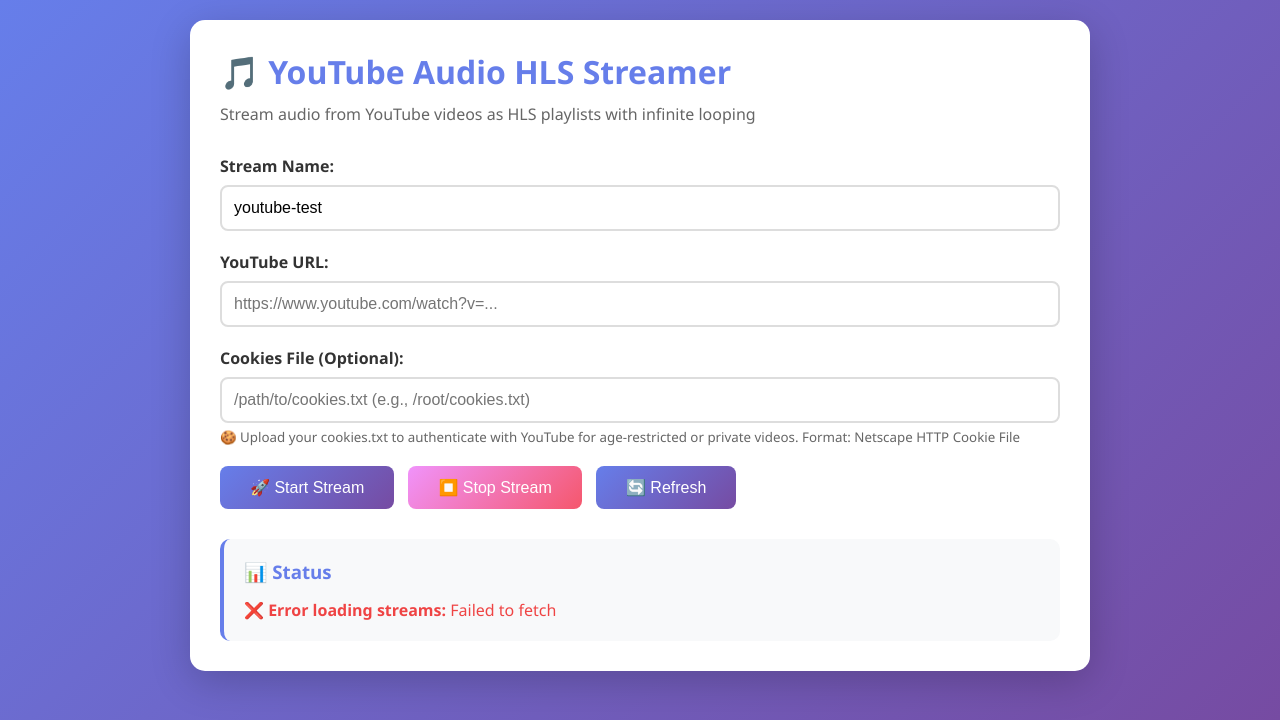
Repository: Anubis2001/quran-live-m3u8
Page: public/youtube-streamer.html
The author's editor kept a copy of each file at every save. The page is drawn from the files as they stood at one save, then again after a run of saves.
The browser window is 1280 px wide. The pictures show the whole page.
The page's requests for data from a server got no answer.

Above is the page before, as saved 2026-04-02 22:19:12.

After the next 2 saves:
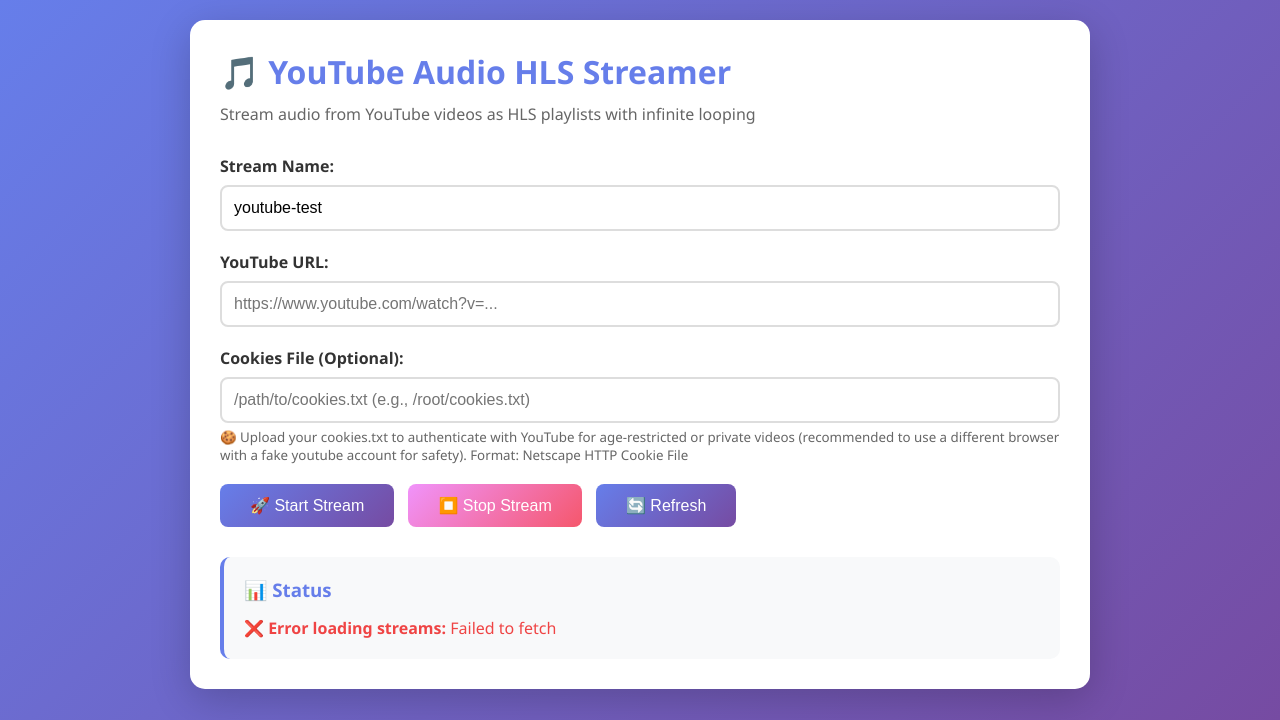
The 2 saves are shown as one change because they came seconds apart.
The last was saved 54 s later.
--- a/public/youtube-streamer.html
+++ b/public/youtube-streamer.html
@@ -168,7 +168,7 @@
             <label for="cookiesPath">Cookies File (Optional):</label>
             <input type="text" id="cookiesPath" placeholder="/path/to/cookies.txt (e.g., /root/cookies.txt)">
             <small style="color: #666; display: block; margin-top: 5px;">
-                🍪 Upload your cookies.txt to authenticate with YouTube for age-restricted or private videos.
+                🍪 Upload your cookies.txt to authenticate with YouTube for age-restricted or private videos (recommended to use a different browser with a fake youtube account for safety).
                 Format: Netscape HTTP Cookie File
             </small>
         </div>
